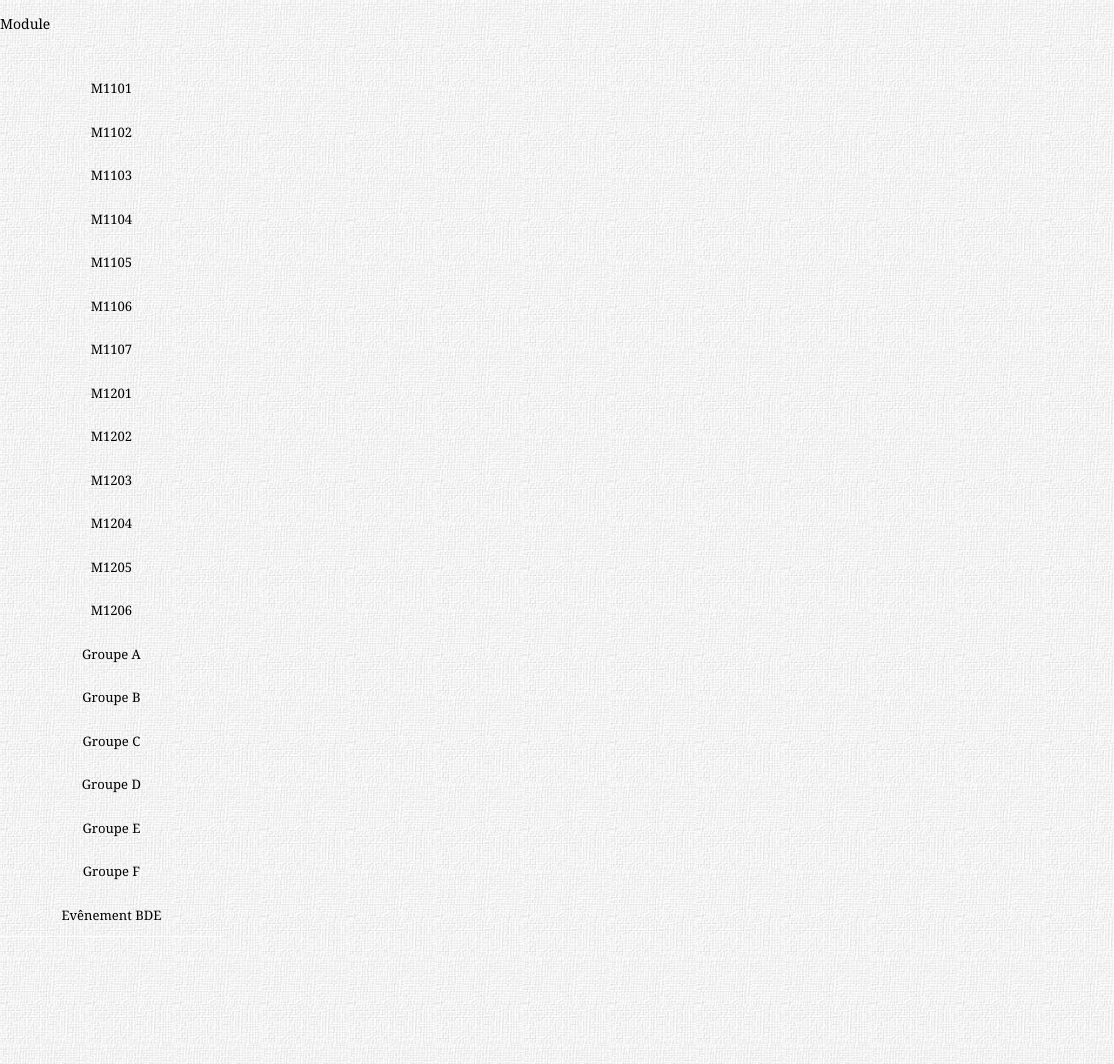
Repository: ValentinArg/PETUT
Page: http://localhost/PETUT/WEB-INF/jsp/eleve/semestre1.jsp
These files come from the project's save history. The page is drawn as it stood at one moment and after the next save; the edit follows.
The browser window is 1280 px wide. The pictures show the whole page, at 87% of full size.
Some web libraries are served in a nearby version. The page is served by Tomcat 9. Nobody is signed in. Other server files are loaded and not shown. The template is opened directly, without the code that normally fills it, so the values that code supplies are empty.

Above is the page before, as saved 2016-10-01 16:16:13.

### PETUT/WebContent/WEB-INF/jsp/eleve/semestre1.jsp
<%@ page language="java" contentType="text/html; charset=ISO-8859-1"
    pageEncoding="ISO-8859-1"%>
<!DOCTYPE html PUBLIC "-//W3C//DTD HTML 4.01 Transitional//EN" "http://www.w3.org/TR/html4/loose.dtd">
<html>
<head>
<meta http-equiv="Content-Type" content="text/html; charset=ISO-8859-1">
<link rel ="stylesheet" href = "/PETUT/css/main.css"/>
<link rel ="stylesheet" href = "/PETUT/css/allSemestres.css"/>
<title>Insert title here</title>
</head>
<body>
	<jsp:include page="../enTete.jsp"/>

	<div class="navigation">
		<ul>
			<li class="parent" id="parent1"><p class="module">M1101</p></li>
			<li class="parent" id="parent2"><p class="module">M1102</p></li>
			<li class="parent" id="parent1"><p class="module">M1103</p></li>
			<li class="parent" id="parent2"><p class="module">M1104</p></li>
			<li class="parent" id="parent1"><p class="module">M1105</p></li>
			<li class="parent" id="parent2"><p class="module">M1106</p></li>
			<li class="parent" id="parent1"><p class="module">M1107</p></li>
			<li class="parent" id="parent2"><p class="module">M1201</p></li>
			<li class="parent" id="parent1"><p class="module">M1202</p></li>
			<li class="parent" id="parent2"><p class="module">M1203</p></li>
			<li class="parent" id="parent1"><p class="module">M1204</p></li>
			<li class="parent" id="parent2"><p class="module">M1205</p></li>
			<li class="parent" id="parent1"><p class="module">M1206</p></li>
			<li class="parent" id="parent1"><p class="module">Groupe A</p></li>
			<li class="parent" id="parent2"><p class="module">Groupe B</p></li>
			<li class="parent" id="parent1"><p class="module">Groupe C</p></li>
			<li class="parent" id="parent2"><p class="module">Groupe D</p></li>
			<li class="parent" id="parent1"><p class="module">Groupe E</p></li>
			<li class="parent" id="parent2"><p class="module">Groupe F</p></li>
			<li class="parent" id="parent1"><p class="module">Evênement BDE</p></li>

		</ul>
	</div>
	<div class="conteneurGeneral">

	</div>

</body>
</html>

### PETUT/WebContent/WEB-INF/jsp/enTete.jsp
<%@ page language="java" contentType="text/html; charset=ISO-8859-1"
    pageEncoding="ISO-8859-1"%>
<!DOCTYPE html PUBLIC "-//W3C//DTD HTML 4.01 Transitional//EN" "http://www.w3.org/TR/html4/loose.dtd">
<html>
<head>
	<meta http-equiv="Content-Type" content="text/html; charset=ISO-8859-1">
	<title>Insert title here</title>
	<link rel ="stylesheet" href = "/PE2I/css/main.css"/>
	<script src="https://code.jquery.com/jquery-1.12.4.js"></script>
  	<script src="https://code.jquery.com/ui/1.12.1/jquery-ui.js"></script>

</head>
<body>
	<div class=enTete>
		<p class="boutonHautBas" id="boutonHautBas">Module</p>
		<ul class="nav" id="nav">
			<c:forEach var="forum" items="${listeForum}">
				<li class=" partie"><a class="forum" id="${forum.id}"><c:out value="${forum.nom}"/></a></li>
			</c:forEach>
			<!-- <li class="partie" id="banniere"><a>PETUT</a></li>-
			<li class=" partie"><a class="forum" id="1">Cours</a></li>
			<li class="partie"><a class="forum" id="2">Travaux Dirigées</a></li>
			<li class="partie"><a class="forum" id="3">Travaux Pratiques</a></li>
			<li class="partie"><a class="forum" id="4">Partiels</a></li>
			<li class="partie"><a>Mon Compte</a></li>-->
		</ul>
	</div>

</body>
</html>

### PETUT/WebContent/css/main.css
@CHARSET "ISO-8859-1";

@CHARSET "UTF-8";
/* Général ------------------------------------------------------------------------------------- */

html {
  height: 100%;
  box-sizing: border-box;
}

*,
*:before,
*:after {
  box-sizing: inherit;
}

body {
	background-image : url(../images/fond.jpg);
	position: relative;
 	margin: 0;
  padding-bottom: 6rem;
  min-height: 100%;
}

body,p,legend, label, input {
    font: normal 8pt;
    font-family:  Georgia, serif;
}

header img {
	width:470px;
	display:inline;
}
header .logoiut{
	height:135px;
	width:215px;
}
header{

	height:135px;
	margin-left:auto;
	margin-right:auto;
	background-image : url(../images/fondbanniere.jpg);
	width:85%;
	min-width:880px;
}
nav {
	width:85%;
	min-width:880px;
	margin-left:auto;
	margin-right:auto;
	text-align:left;

}
.general{
	width:85%;
	min-width:880px;
	margin-left:auto;
	margin-right:auto;
	background-image:url(../images/fondgeneral.jpg);
	padding-top:30px;
	padding-bottom:10px;
	min-height:69vh;
	margin-bottom:-24px;
}
footer {
	width:85%;
	min-width:880px;
	margin-left:auto;
	margin-right:auto;
	font-size:80%;
	position: absolute;
  	right: 0;
  	bottom: 0;
  	left: 0;
  	padding: 1rem;
  	margin-top:0;
	background-image:url(../images/fondgeneral.jpg);
}

### PETUT/WebContent/css/allSemestres.css
.parent{

	list-style:none;
	font-size:15px;
	cursor:pointer;
	width:100%;
	display:inline-block;

}

.navigation ul{
	width:100%;
	display:inline-block;

}




ul{
	margin:0;
	padding:0;
}

.ue {

	border-top:solid 1px white;
	display:block;
	padding:10px;
	text-align:center;
	background-color:#4CAF50;
	margin:0;
}

.ue:hover{
	color:white;
}

.module p{

	border:none;
	border-bottom:solid 1px white;
	display: block;
	padding:10px;
	text-align:center;
	background-color:#333;
	margin:0;


}

.module p:hover{
	color:white;
	cursor:pointer;
}

.semestres{
	background-color:#4CAF50;

}

a{
	cursor:pointer;
}





body{

	margin:0;
	padding:0;
}



.navigation{

	display:inline-block;
	list-style : none;
	margin:0;
	padding:0;
	position: relative;
	z-index:5;
	width:20%;
	border-bottom:solid 1px white;
	text-align:center;
	height:95.5%;
	max-height:95.3%;
	overflow: auto;


}

.conteneurGeneral{
	text-align:justify;
	display:inline-block;
	height:100%;
	position:relative;
	width: 80%;
	margin:0;
	margin-left:20%;
	padding:0;
	margin-top:50px;
	vertical-align:top;

}

.selection{
	display:block;
	vertical-align:top;
	list-style : none;
	margin:0;
	background: Grey;
	z-index:5;
	height:4.7%;
	border-bottom:solid 1px white;
	text-align: center;

}



.type {
	display: inline-block;
	padding:8px;
	font-size:20px;
	height:20px;
	vertical-align:top;
	width:20%;

}

.type p {
	margin:0;
	padding:0;
	color:white;
	cursor:pointer;
}

.type:hover{
	background:#333;

}

.tableauTopic{
	text-align: center;
	position:relative;
	display:block;

}

After the next save:
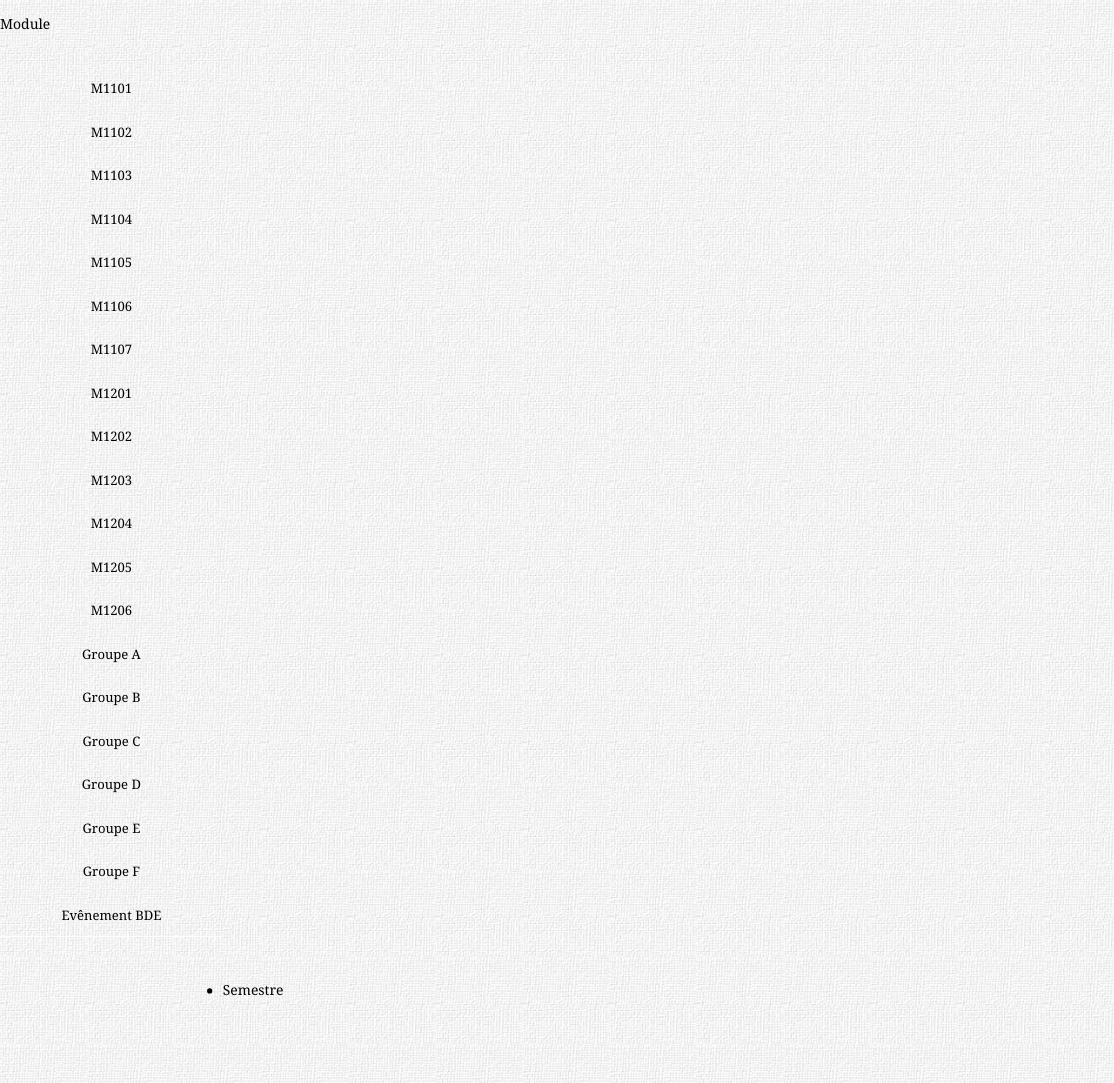
Saved 12 s later.
--- a/PETUT/WebContent/WEB-INF/jsp/eleve/semestre1.jsp
+++ b/PETUT/WebContent/WEB-INF/jsp/eleve/semestre1.jsp
@@ -37,7 +37,10 @@
 		</ul>
 	</div>
 	<div class="conteneurGeneral">
-
+		<ul class="nav" id="nav">
+			<!-- <li class="partie" id="banniere"><a>PETUT</a></li>-->
+			<li class="partie"><a>Semestre</a></li>
+		</ul>
 	</div>
 
 </body>
